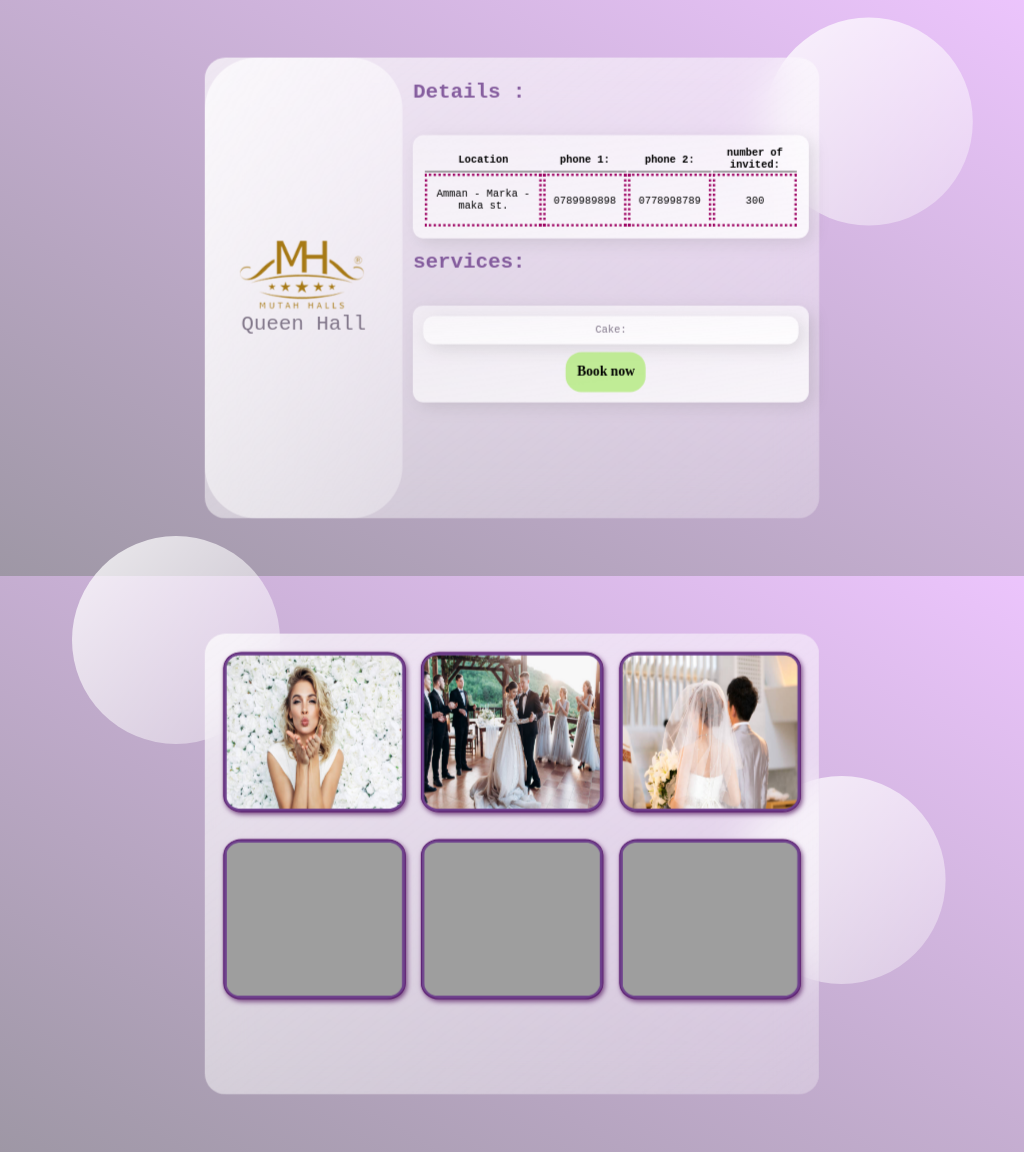
Repository: special4Party/Graduation-project-wedding-hall
Page: include/temp/hall_profile.html
An editor plug-in stored every save of this project. The page is shown before and after the next save, followed by the edit.
The browser window is 1280 px wide. The pictures show the whole page, at 80% of full size.
Pictures or frames that could not be fetched are drawn as grey boxes.

Above is the page before, as saved 2022-04-30 00:40:44.

### include/temp/hall_profile.html
<!DOCTYPE html>
<html lang="en">
<head>
    <meta charset="UTF-8">
    <link rel="stylesheet" href="/layout/css/hall_profile.css">
    <title>Halls Profile Page</title>
</head>
<body>
    <main>
        <section class="glass">
          <div class="dashboard">
            <div class="user">
              <img src="/images/halls/1.png" alt="" />
              <h2>Queen Hall</h2>
            </div>
          </div>
          <div class="games">
            <div class="status">
              <h1>Details :</h1>
            </div>
            <div class="cards">
              <div class="card">
                <div class="card-info">
                  <!-- <h2>Assassins Creed Valhalla</h2>
                  <p>PS5 Version Lorem, ipsum dolor sit amet consectetur adipisicing elit. Nam dolores iusto laboriosam non suscipit itaque, commodi quod fuga consectetur eum adipisci quaerat neque ea. Culpa veniam reprehenderit quia accusamus molestias.</p> -->
                  <table class="table">
                    <thead>
                        <tr>
                            <th>Location</th>
                            <th>phone 1: </th>
                            <th>phone 2: </th>
                            <th>number of invited: </th>
                        </tr>
                    </thead>
                    <tbody>
                        <tr>
                            <td>Amman - Marka - maka st.</td>
                            <td>0789989898</td>
                            <td>0778998789</td>
                            <td>300</td>
                        </tr>

                    </tbody>
                </table>
            </div>
          </div>
          <!-- -------Details------- -->
          <div class="status">
            <h1>services: </h1>
          </div>
          <div class="card">
            <div class="card-info">
                <div class="sub-card">
                    <div class="card-info">
                        <p>Cake:</p>
                    </div>
                </div>
                <button class="btn">Book now</button>
            </div>
          </div>
        </div>
    </div>
        </section>

      </main>
      <main>
        <section class="glass">
            <div class="games">
                <div class="our-work">
                    <div><img src="/images/img/14.jpg" alt="test" width="200" height="200"></div>
                    <div><img src="/images/img/12.jpg" alt="test" width="200" height="200"></div>
                    <div><img src="/images/img/6.jpg" alt="test" width="200" height="200"></div>
                    <div><img src="/images/img/17.jpg" alt="test" width="200" height="200"></div>
                    <div><img src="/images/img/28.jpg" alt="test" width="200" height="200"></div>
                    <div><img src="/images/img/38.jpg" alt="test" width="200" height="200"></div>
                </div>
            </div>
        </section>
      </main>
      <div class="circle1"></div>
      <div class="circle2"></div>
      <div class="circle3"></div>
</body>
</html>

### layout/css/hall_profile.css
* {
    margin: 0;
    padding: 0;
    font-family: monospace;
    box-sizing: border-box;
}

h1 {
    color: #6b3c89;
    font-weight:bold;
    font-size: 2rem;
    opacity: 0.8;
    padding-top: 15px;
}
h2,
p {
    color: #64586e;
    font-weight: 500;
    opacity: 0.8;
}
h2{
    font-size: 2rem ;
}
h3 {
    color: #6b3c89;
    font-weight: 600;
    opacity: 0.8;
}

main {
    min-height: 100vh;
    background: linear-gradient(to right top, #9e97a5, #b826f545);
    display: flex;
    align-items: center;
    justify-content: center;
}

.glass {
    background: white;
    min-height: 80vh;
    width: 60%;
    background: linear-gradient(
        to right bottom,
        rgba(255, 255, 255, 0.7),
        rgba(255, 255, 255, 0.3)
    );
    border-radius: 2rem;
    z-index: 2;
    backdrop-filter: blur(2rem);
    display: flex;
}
.circle1,
.circle2,
.circle3 {
    background: white;
    background: linear-gradient(
        to right bottom,
        rgba(255, 255, 255, 0.8),
        rgba(255, 255, 255, 0.3)
    );
    height: 20rem;
    width: 20rem;
    position: absolute;
    border-radius: 50%;
}

.circle1 {
    top: 3%;
    right: 5%;
}
.circle2 {
    bottom: -210px;
    left: 7%;
}
.circle3 {
    left: 72%;
    top: 970px;
}
.dashboard {
    flex: 1;
    display: flex;
    flex-direction: column;
    align-items: center;
    justify-content: space-evenly;
    text-align: center;
    background: linear-gradient(
        to right bottom,
        rgba(255, 255, 255, 0.7),
        rgba(255, 255, 255, 0.3)
    );
    border-radius: 5rem;
}
/* GAMES */
.status {
    margin-bottom: 3rem;
}

.status input {
    background: linear-gradient(
        to right bottom,
        rgba(255, 255, 255, 0.7),
        rgba(255, 255, 255, 0.3)
    );
    border: none;
    width: 50%;
    padding: 0.5rem;
    border-radius: 2rem;
}

.games {
    margin: 1rem;
    display: flex;
    flex: 2;
    flex-direction: column;
    justify-content: flex-start;
}

.card {
    /* display: flex; */
    background: linear-gradient( to left top, rgba(255, 255, 255, 0.8), rgba(255, 255, 255, 0.5) );
    border-radius: 1rem;
    margin: 0rem 0rem;
    padding: 1rem;
    box-shadow: 6px 6px 20px rgb(122 122 122 / 21%);
    justify-content: space-between;
}
.sub-card{
    background: linear-gradient( to left top, rgba(255, 255, 255, 0.8), rgba(255, 255, 255, 0.5) );
    border-radius: 1rem;
    margin: 0rem 0rem;
    padding: 10px 10px;
    box-shadow: 6px 6px 20px rgb(122 122 122 / 21%);
    justify-content: space-between;
}
.card-info {
    display: flex;
    flex-direction: column;
    justify-content: space-between;
    text-align: center;
}
table th{
    border-bottom: 1px solid rgb(39, 36, 36);
}
table td{
    border: 3px dotted rgb(158, 7, 100);
    padding: 15px 10px;
}
.btn{
    position: relative;
    left: 38%;
    width: 100px;
    height: 50px;
    border-radius: 20px;
    outline: none;
    border: none;
    font-size: 17px;
    font-weight: bold;
    font-family: cursive;
    background-color: rgba(181, 235, 128, 0.815);
    cursor: pointer;
    margin-top: 10px;
}
button.btn:hover{
    background-color: rgba(126, 252, 0, 0.705);
    color: rgba(30, 31, 29, 0.966);
    transition: 0.4s;
}
.our-work{
    overflow: hidden;
}
.our-work > div{  /* اشارة الاكبر معناها الديف اللي جواه فورا اول ابن له يعني */
    float: left;
    width: 33.3333%;
    margin-bottom: 10px;
}
.our-work > div img{
    width: 92%;
    margin: 10px;
    padding:3px ;
    border-radius: 10%;
    background-color: rgb(111, 66, 141);
    border: 1px solid rgb(80, 12, 100);
    box-shadow: 2px 3px 7px rgb(116, 68, 126);
}

After the next save:
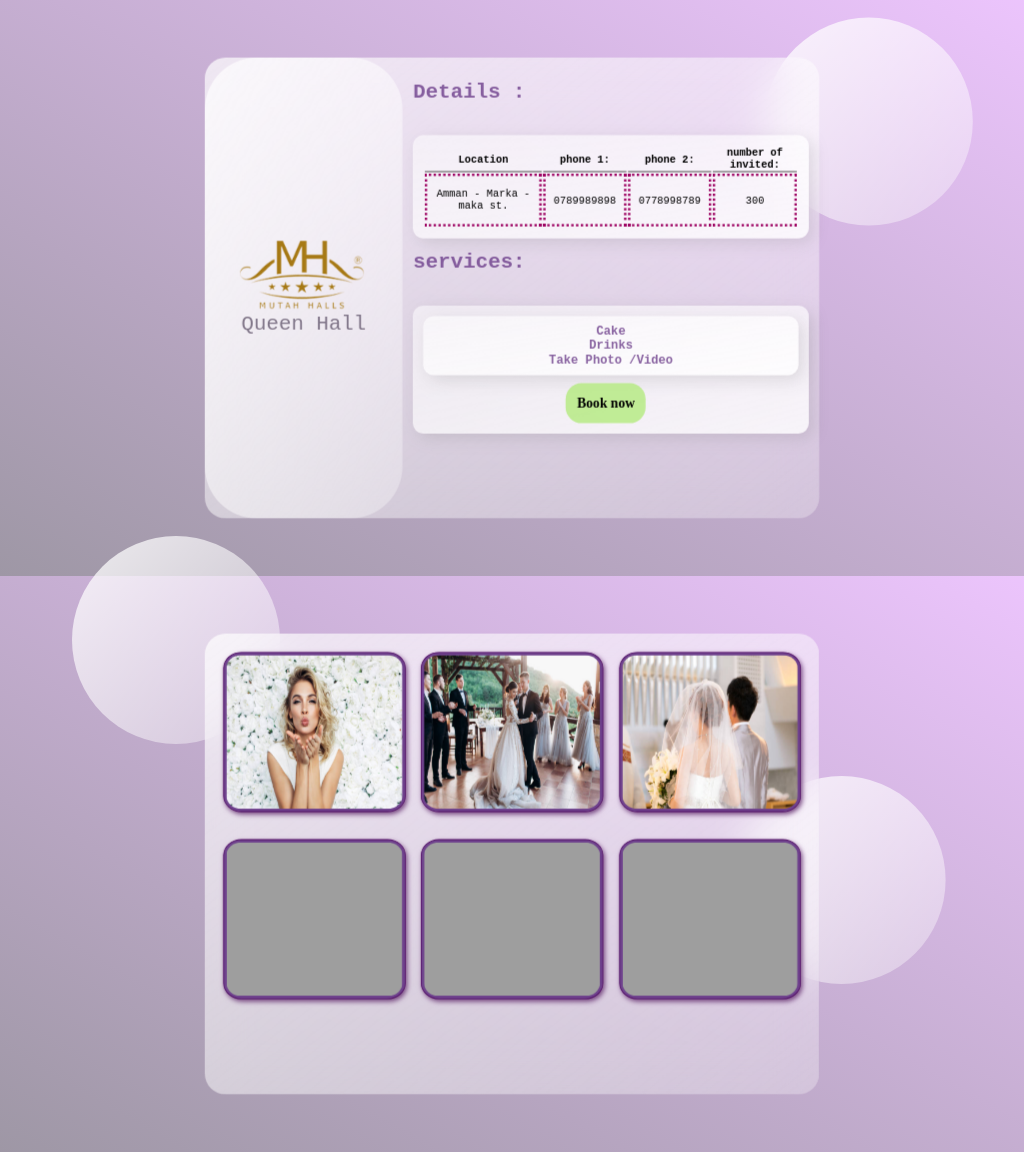
Saved 4 min 34 s later.
--- a/include/temp/hall_profile.html
+++ b/include/temp/hall_profile.html
@@ -52,7 +52,9 @@
             <div class="card-info">
                 <div class="sub-card">
                     <div class="card-info">
-                        <p>Cake:</p>
+                        <h3>Cake</h3>
+                        <h3>Drinks</h3>
+                        <h3>Take Photo /Video</h3>
                     </div>
                 </div>
                 <button class="btn">Book now</button>
